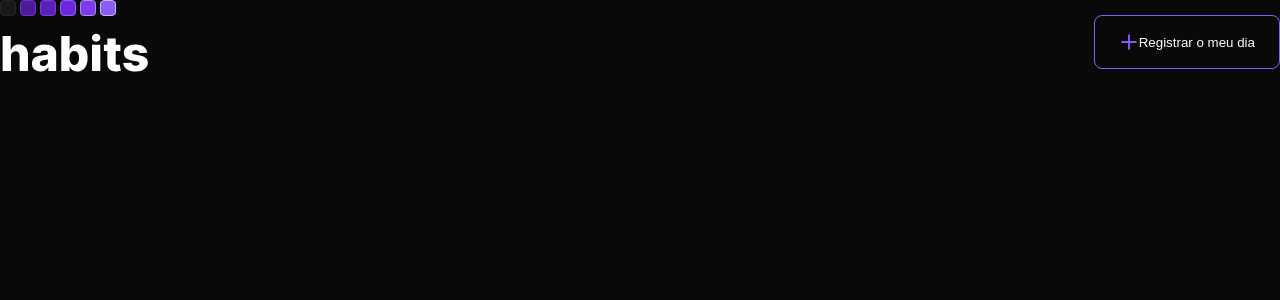
Repository: AntonyCosta/nlw-setup
Page: index.html
The author's editor kept a copy of each file at every save. The page is drawn from the files as they stood at one save, then again after a run of saves.
The browser window is 1280 px wide. The pictures show the whole page.

Above is the page before, as saved 2023-01-18 03:30:24.

### index.html
<!DOCTYPE html>
<html lang="pt-br">
  <head>
    <meta charset="UTF-8" />
    <meta http-equiv="X-UA-Compatible" content="IE=edge" />
    <meta name="viewport" content="width=device-width, initial-scale=1.0" />
    <link rel="preconnect" href="https://fonts.googleapis.com" />
    <link rel="preconnect" href="https://fonts.gstatic.com" crossorigin />
    <link
      href="https://fonts.googleapis.com/css2?family=Inter:wght@600&display=swap"
      rel="stylesheet"
    />
    <link rel="stylesheet" href="style.css" />
    <title>Habits</title>
  </head>
  <body>
    <header>
      <img src="./assets/logo.svg" alt="" />
      <button>
        <img src="./assets/plus.svg" alt="" />
        Registrar o meu dia
      </button>
    </header>
  </body>
</html>

### style.css
* {
  margin: 0;
  padding: 0;
  box-sizing: border-box;
}

body {
  background-color: #09090a;
  color: white;

  /* display: grid;
  place-items: center; */

  height: 100vh;
}

header {
  display: flex;
  align-items: center;
  justify-content: space-between;
}

button {
  padding: 16px 24px;
  border: 1px solid #8b5cf6;
  border-radius: 8px;
  background: transparent;
  color: #ffffff;

  display: flex;
  align-items: center;
}

After the next 2 saves:
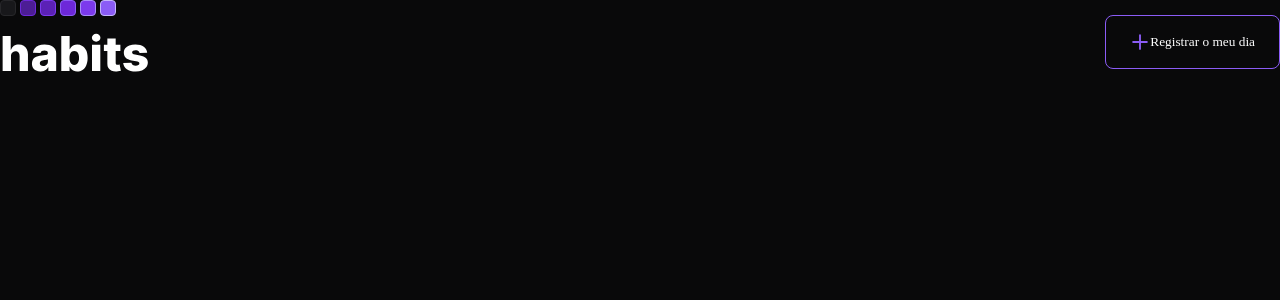
The 2 saves are shown as one change because they came seconds apart.
The last was saved 51 s later.
--- a/style.css
+++ b/style.css
@@ -29,4 +29,6 @@ button {
 
   display: flex;
   align-items: center;
+
+  font-family: '';
 }
